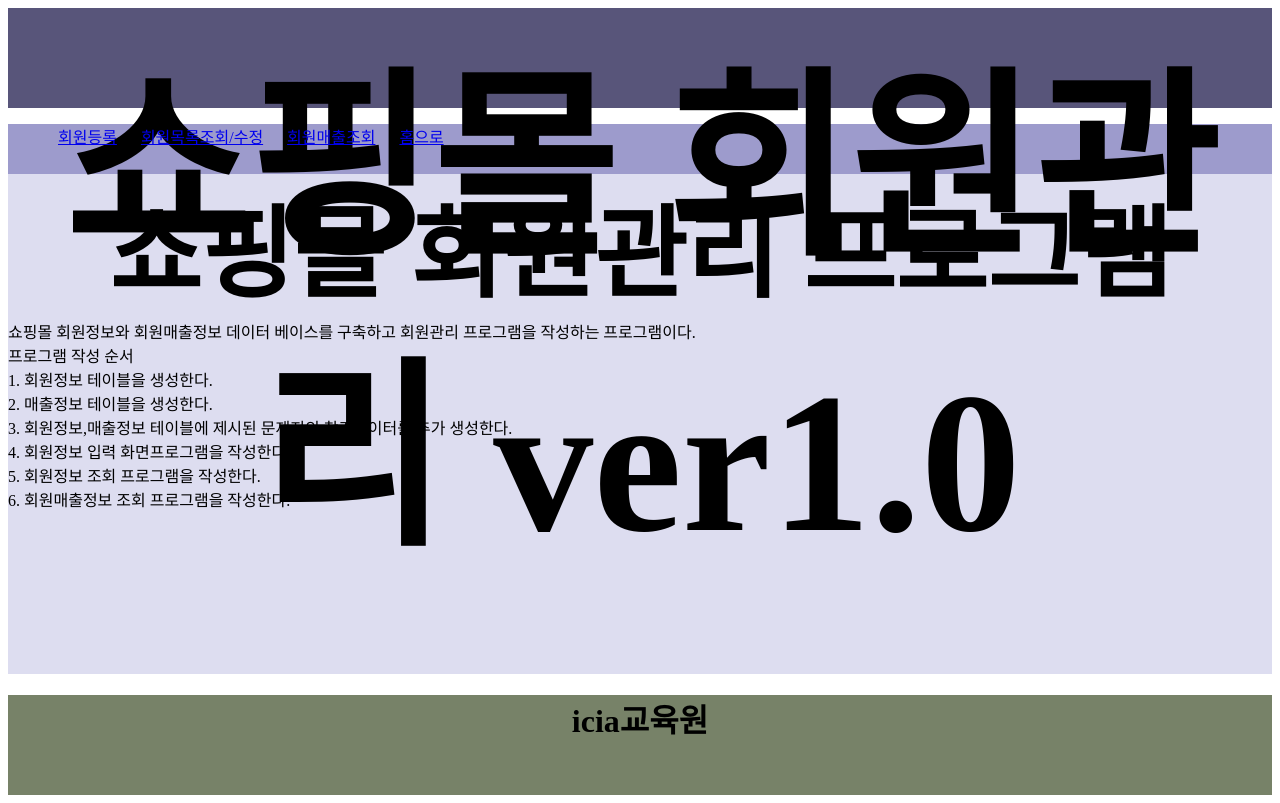
Repository: Kim-seongjun/javastudy2
Page: http://localhost/back_end_test/
The author's editor kept a copy of each file at every save. The page is drawn from the files as they stood at one save, then again after the next save.
The browser window is 1280 px wide. The pictures show the whole page.
The page is served by Tomcat 9.

Above is the page before, as saved 2020-01-22 07:18:49.

After the next save:
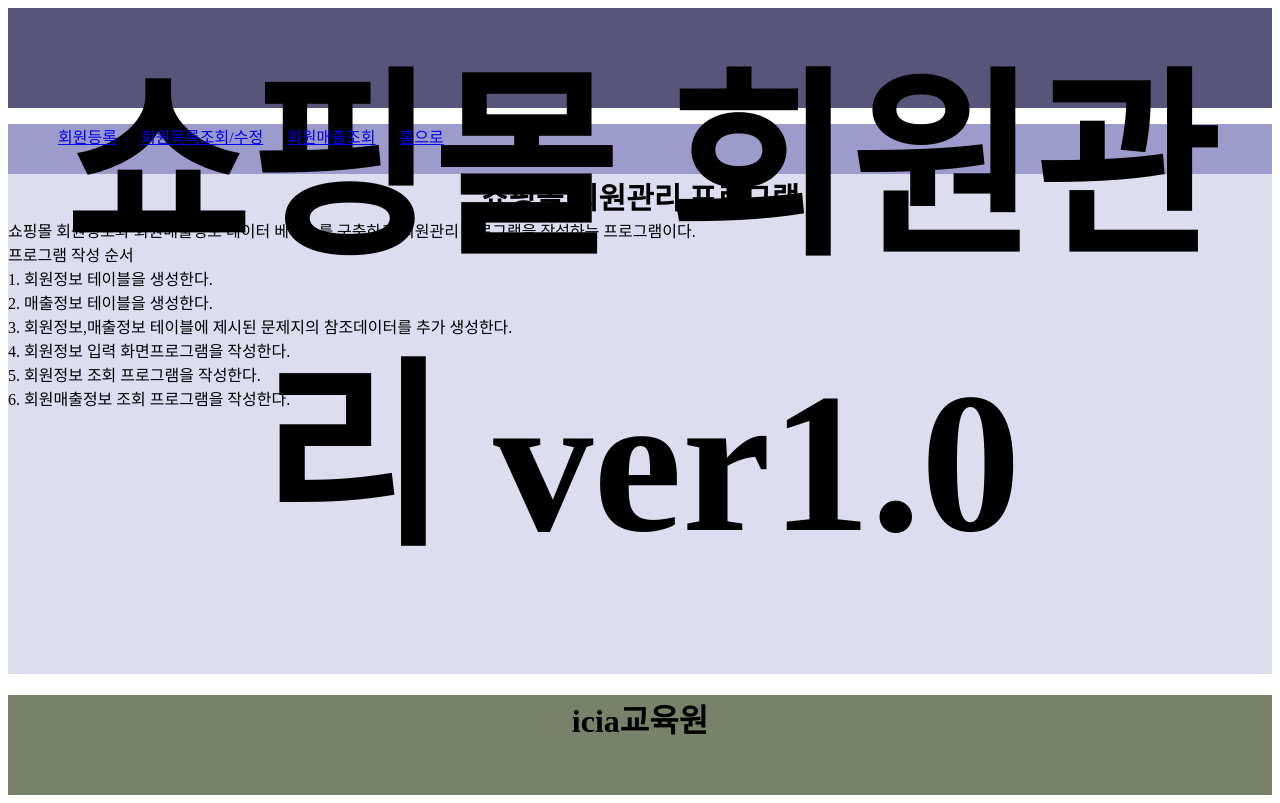
Saved 22 s later.
--- a/back_end_test/WebContent/menu.jsp
+++ b/back_end_test/WebContent/menu.jsp
@@ -7,7 +7,7 @@
 <title>Insert title here</title>
 </head>
 <body>
-	<div style="text-align: center;"><b style="font-size: 100px;">쇼핑몰 회원관리 프로그램</b></div>
+	<div style="text-align: center;"><b style="font-size: 30px;">쇼핑몰 회원관리 프로그램</b></div>
 	쇼핑몰 회원정보와 회원매출정보 데이터 베이스를 구축하고 회원관리 프로그램을 작성하는 프로그램이다.
 	<br> 프로그램 작성 순서
 	<br> 1. 회원정보 테이블을 생성한다.
